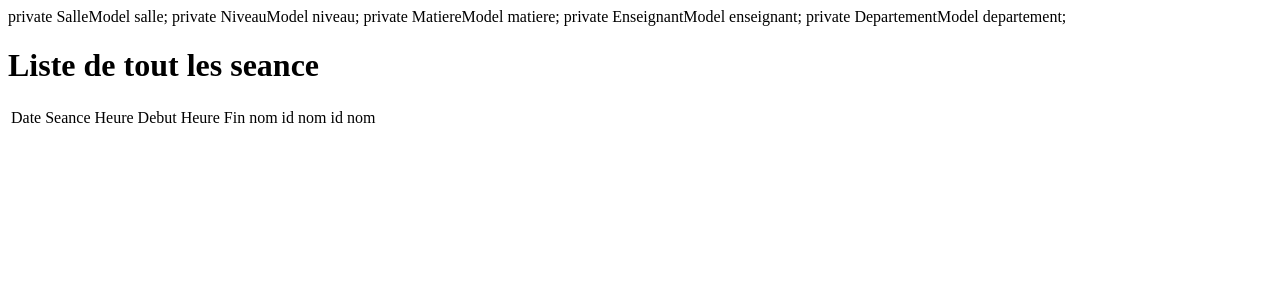
Repository: marwenElleuch/SuivitAbsences
Page: http://localhost/ProjetDetTest/seances.jsp
The author's editor kept a copy of each file at every save. The page is drawn from the files as they stood at one save, then again after the next save.
The browser window is 1280 px wide. The pictures show the whole page.
The page is served by Tomcat 9.

Above is the page before, as saved 2018-01-14 11:50:31.

After the next save:
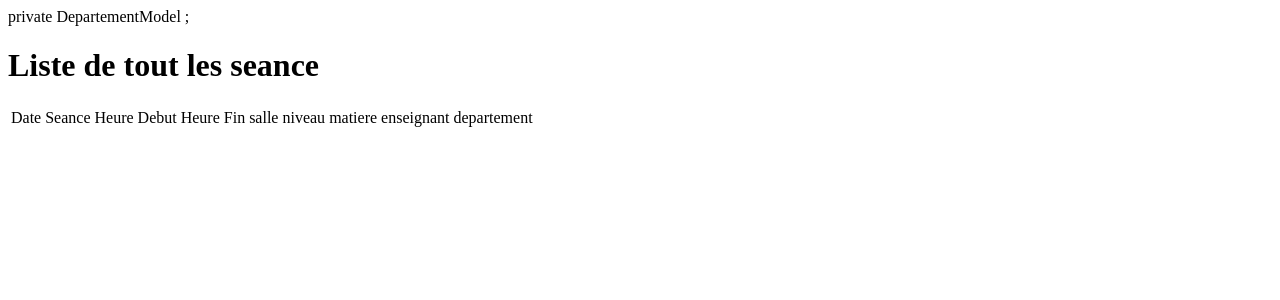
Saved 34 s later.
--- a/ProjetDetTest/WebContent/seances.jsp
+++ b/ProjetDetTest/WebContent/seances.jsp
@@ -11,11 +11,7 @@
 	<%
 		//List<Salle> salles = request.getSession().getAttribute("salles");
 	%>
-	private SalleModel salle;
-	private NiveauModel niveau;
-	private MatiereModel matiere;
-	private EnseignantModel enseignant;
-	private DepartementModel departement;
+	private DepartementModel ;
 
 	<h1>Liste de tout les seance</h1>
 	<table>
@@ -23,11 +19,11 @@
 			<td>Date Seance</td>
 			<td>Heure Debut</td>
 			<td>Heure Fin</td>
-			<td>nom</td>
-			<td>id</td>
-			<td>nom</td>
-			<td>id</td>
-			<td>nom</td>
+			<td>salle</td>
+			<td>niveau</td>
+			<td>matiere</td>
+			<td>enseignant</td>
+			<td>departement</td>
 		</tr>
 
 		<tr>
